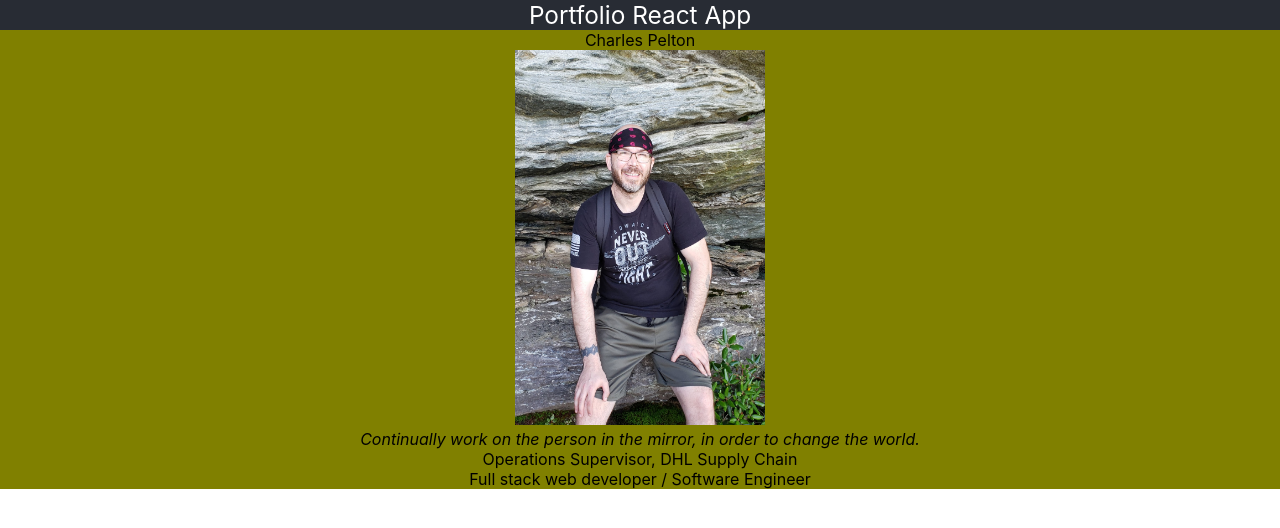
Repository: charliejp0311/PortfolioPage
Page: / (app in portfolio/)
The author's editor kept a copy of each file at every save. The page is drawn from the files as they stood at one save, then again after the next save.
The browser window is 1280 px wide. The pictures show the whole page.
The project was rebuilt for these pictures with package versions that can differ from the ones it lists, and the page was loaded fresh each time.

Above is the page before, as saved 2020-12-07 12:37:19.

### portfolio/src/containers/App.js
import '../App.css';
import Me from '../components/me'


function App() {
  return (
    <div className="App">
      <header className="App-header">
        Portfolio React App
      </header>
      <Me />
    </div>
  );
}

export default App;

### portfolio/src/App.css
.App {
  text-align: center;
}

.App-logo {
  height: 40vmin;
  pointer-events: none;
}

@media (prefers-reduced-motion: no-preference) {
  .App-logo {
    animation: App-logo-spin infinite 20s linear;
  }
}

.App-header {
  background-color: #282c34;
  min-height: 25%;
  display: flex;
  flex-direction: column;
  align-items: center;
  justify-content: center;
  font-size: calc(10px + 2vmin);
  color: white;
}

.App-link {
  color: #61dafb;
}
#me {
  background-color: olive;
};

@keyframes App-logo-spin {
  from {
    transform: rotate(0deg);
  }
  to {
    transform: rotate(360deg);
  }
}

### portfolio/src/components/me.js
import { Component  } from "react";
import portfolioPic from "./images/summer2020.jpg";

class Me extends Component{
    state = {
        name: "Charles Pelton",
        moto: "Continually work on the person in the mirror, in order to change the world.",
        career: "Operations Supervisor, DHL Supply Chain",
        aspiration: "Full stack web developer / Software Engineer"
    }
    render(){
        return(
            <div id="me">
                {this.state.name}<br />
                <img src={portfolioPic} alt='Me' width='250' height='375' /><br />
                <em>{this.state.moto}</em><br />
                {this.state.career}<br />
                {this.state.aspiration}
            </div>
        )
    }
};

export default Me;

Loaded but not shown: portfolio/public/index.html (common file); portfolio/src/index.js (common file); Portfolio/src/index.css (common file); portfolio/src/reportWebVitals.js (common file)

After the next save:
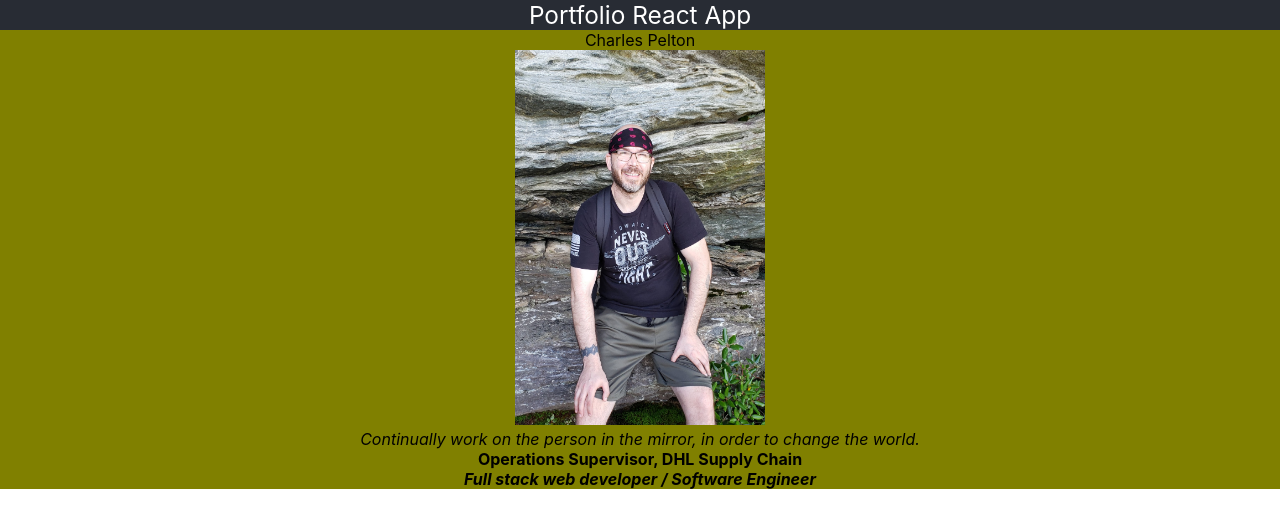
Saved 85 s later.
--- a/portfolio/src/components/me.js
+++ b/portfolio/src/components/me.js
@@ -14,8 +14,8 @@ class Me extends Component{
                 {this.state.name}<br />
                 <img src={portfolioPic} alt='Me' width='250' height='375' /><br />
                 <em>{this.state.moto}</em><br />
-                {this.state.career}<br />
-                {this.state.aspiration}
+                <b>{this.state.career}</b><br />
+                <b><em>{this.state.aspiration}</em></b>
             </div>
         )
     }
